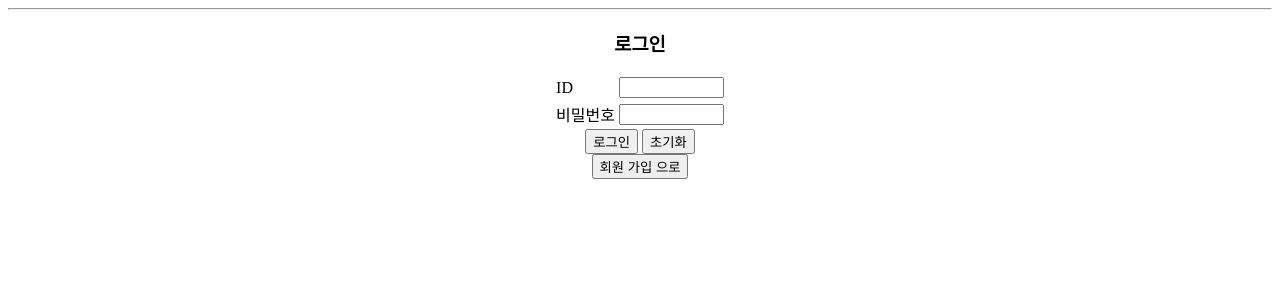
Repository: Juseong-Bang/jspWebProject
Page: http://localhost/FilmBooking/login.jsp
An editor plug-in stored every save of this project. The page is shown before and after the next save, followed by the edit.
The browser window is 1280 px wide. The pictures show the whole page.
The page is served by Tomcat 9. Other server files are loaded and not shown.

Above is the page before, as saved 2017-11-28 16:50:10.

### FilmBooking/WebContent/login.jsp
<%@ page language="java" contentType="text/html; charset=UTF-8"
	pageEncoding="UTF-8"%>
<!DOCTYPE html PUBLIC "-//W3C//DTD HTML 4.01 Transitional//EN" "http://www.w3.org/TR/html4/loose.dtd">
<html>
<head>
<meta http-equiv="Content-Type" content="text/html; charset=UTF-8">
<title>로그인</title>
</head>
<hr>
<body>
	<div align="center">
		<h3>로그인</h3>
		<table>
			<tr>
				<td>ID</td>
				<td><input type="text" size=10 name=ID /></td>
			</tr>
			<tr>
				<td>비밀번호</td>
				<td><input type="password" size=10 name=passward /></td>
			</tr>
		</table>
		<input type="submit" value=로그인> <input type="submit" value=초기화>
		<form method="post" action= "register.jsp"><input type="submit" value="회원 가입 으로"></form>
	</div>
</body>
</html>

After the next save:
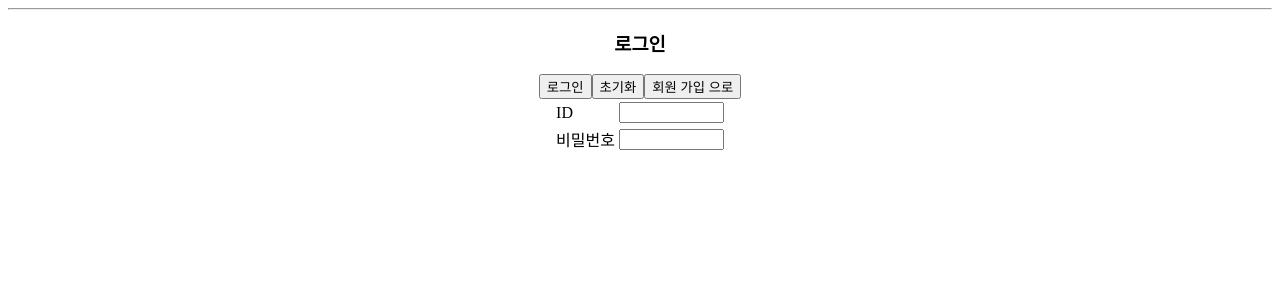
Saved 17 min 47 s later.
--- a/FilmBooking/WebContent/login.jsp
+++ b/FilmBooking/WebContent/login.jsp
@@ -10,18 +10,24 @@
 <body>
 	<div align="center">
 		<h3>로그인</h3>
+		<form name=form1 method=post action=control.jsp>
+			<input type=hidden name="member" value="regist"/>
+			<input type="hidden" name="action" value="member" />
+
 		<table>
 			<tr>
 				<td>ID</td>
-				<td><input type="text" size=10 name=ID /></td>
+				<td><input type="text" size=10 name=name_mem /></td>
 			</tr>
 			<tr>
 				<td>비밀번호</td>
-				<td><input type="password" size=10 name=passward /></td>
+				<td><input type="password" size=10 name=password /></td>
 			</tr>
-		</table>
+
 		<input type="submit" value=로그인> <input type="submit" value=초기화>
 		<form method="post" action= "register.jsp"><input type="submit" value="회원 가입 으로"></form>
+		</table>
+		</form>
 	</div>
 </body>
 </html>
